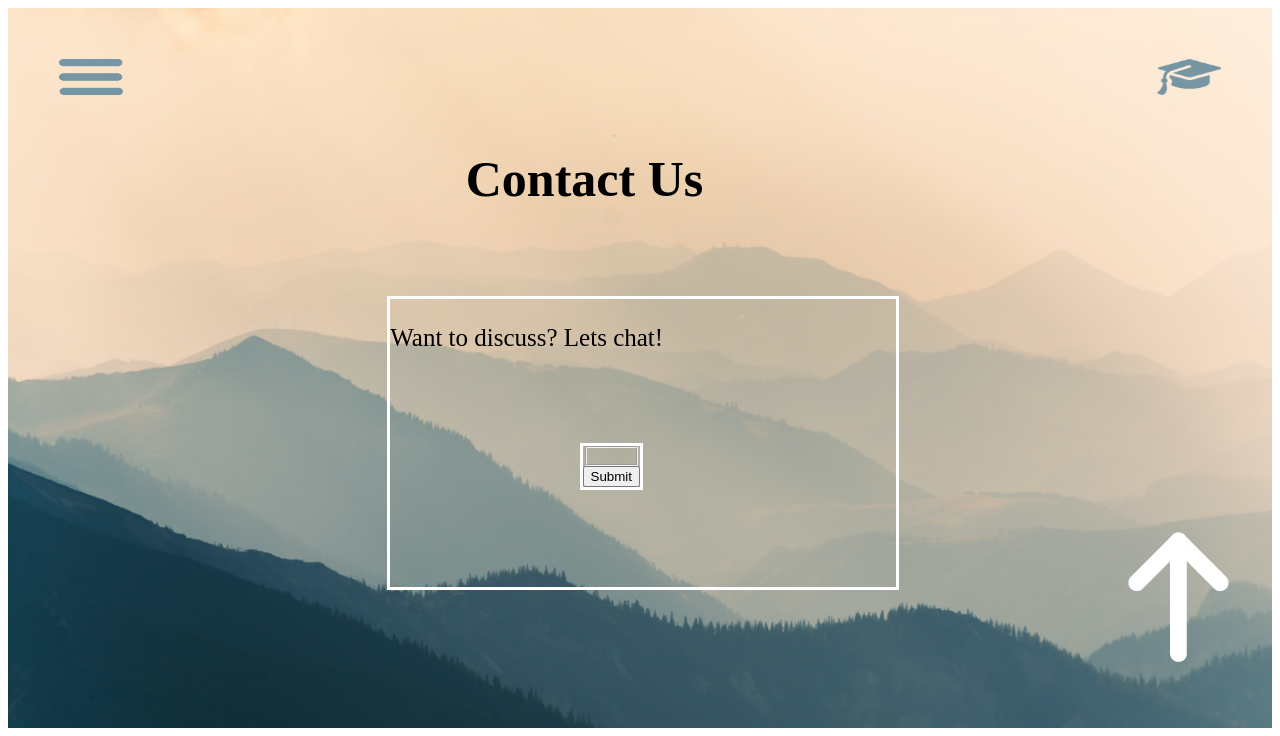
Repository: sierralaurent/MDIA2109-Assignment01
Page: /contact
An editor plug-in stored every save of this project. The page is shown before and after the next save, followed by the edit.
The browser window is 1280 px wide. The pictures show the whole page.
The project was rebuilt for these pictures with package versions that can differ from the ones it lists, and the page was loaded fresh each time. The framework's server and built-in components were replaced by stand-ins that run in the browser. Also part of the build but not shown: next.config.js.

Above is the page before, as saved 2023-02-01 17:33:07.

After the next save:
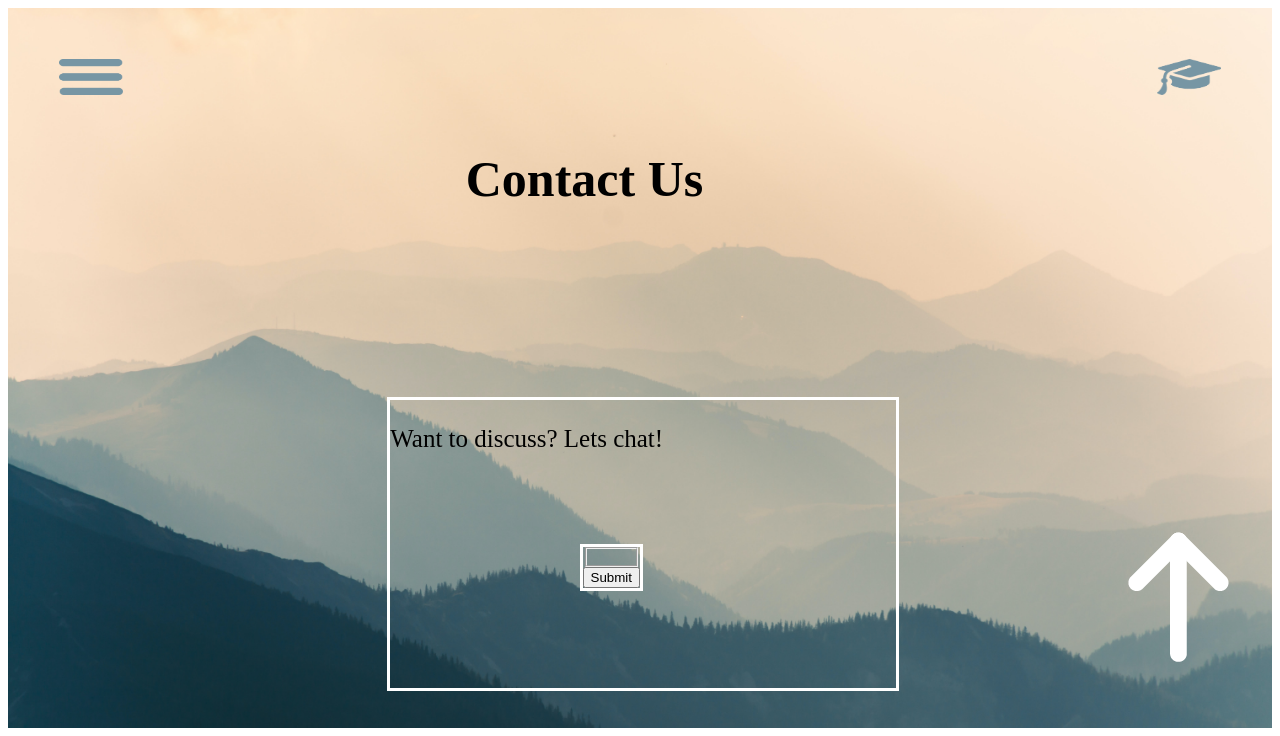
Saved 84 s later.
--- a/styles/Home.module.css
+++ b/styles/Home.module.css
@@ -37,7 +37,7 @@
 }
 
 .field {
-  position: absolute;
+  position: relative;
   height: 40%;
   width: 40%;
   top: 40%;
@@ -47,7 +47,7 @@
 
 .field p {
   font-size: 25px;
-  justify-items: center;
+
 }
 
 .buttons {
